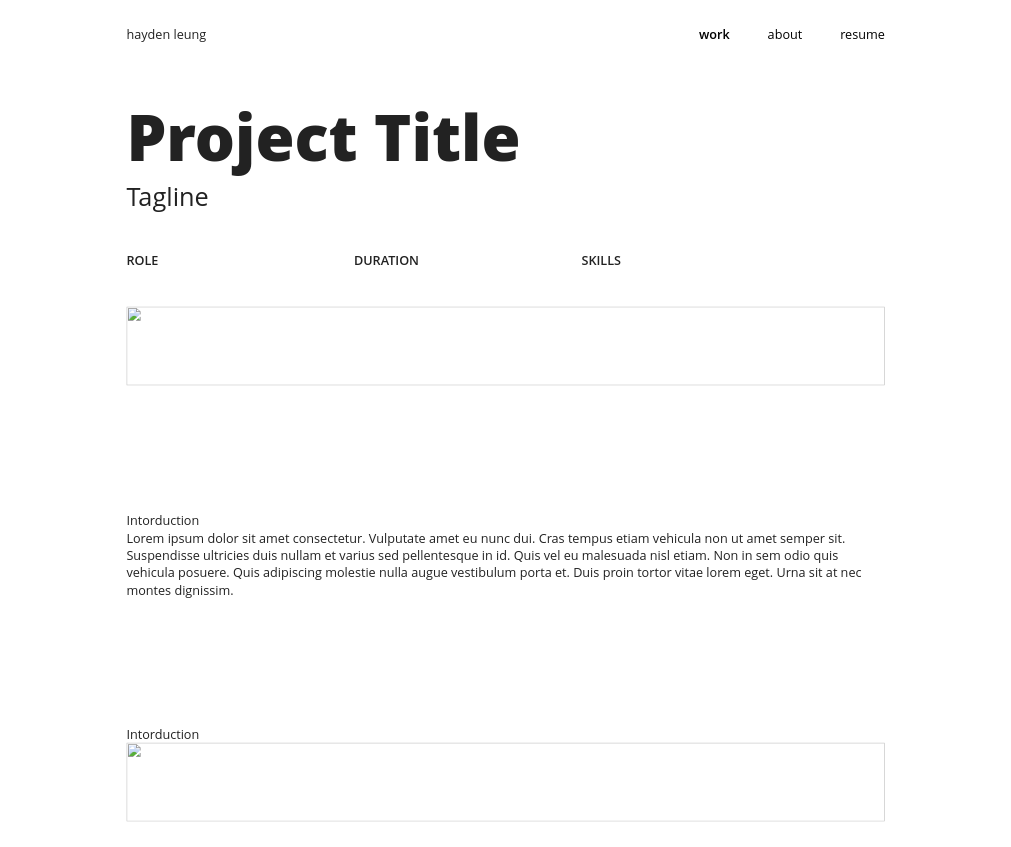
Repository: Haydenleung/Artifact
Page: /
The author's editor kept a copy of each file at every save. The page is drawn from the files as they stood at one save, then again after the next save.
The browser window is 1280 px wide. The pictures show the whole page, at 79% of full size.
The project was rebuilt for these pictures with package versions that can differ from the ones it lists, and the page was loaded fresh each time. The framework's server and built-in components were replaced by stand-ins that run in the browser. Also part of the build but not shown: next.config.mjs.

Above is the page before, as saved 2024-01-29 00:03:42.

### src/pages/index.tsx
import Image from "next/image";
import Navbar from "@/components/Navbar";
import CaseStudy from "@/components/CaseStudy";

export default function Home() {
  return (
    <main className={"page"}>
      <Navbar />
      <div className={"caseStudy"}>
        <CaseStudy />
      </div>
    </main>
  )
}

### src/styles/globals.css
/* ==========================================================================
    [Table of contents]

    1. BASE
        1.1 Page Rendering Defaults
        1.2 Core Styling
        1.3 Typography
    2. LAYOUT
        2.1 Core Layout
        2.2 Small only
        2.3 medium and up
        2.4 Medium only
        2.5 large screens and up
    3. UTILITY classes
    4. PRINT

    ========================================================================== */

/* ==========================================================================
   BASE
   ========================================================================== */

/* 1.1 Page Rendering Defaults */

html {
  color: #222;
  font-size: 1em;
}

::-moz-selection {
  background: #b3d4fc;
  text-shadow: none;
}

::selection {
  background: #b3d4fc;
  text-shadow: none;
}

audio,
canvas,
iframe,
i,
img,
svg,
video {
  vertical-align: middle;
}

fieldset {
  border: 0;
  margin: 0;
  padding: 0;
}

textarea {
  resize: vertical;
}

/* 1.2 Core Styling */

/* refer to https://css-tricks.com/box-sizing/ */

*,
*:before,
*:after {
  box-sizing: border-box;
}

img {
  width: 100%;
}

/* 1.3 Typgraphy */

@import url('https://fonts.googleapis.com/css2?family=Open+Sans:ital,wght@0,300;0,400;0,500;0,600;0,700;0,800;1,300;1,400;1,500;1,600;1,700;1,800&display=swap');

h1,
h2,
h3,
h4,
h5,
h6 {
  font-weight: 400;
  /* text-align: center; */
  margin: 0;
}

h1 {
  font-size: 60pt;
  font-weight: 200;
}

h2 {
  font-size: 16pt;
}

h4 {
  font-size: 9pt;
}

h5 {
  font-size: 8pt;
}

* {
  font-family: 'Open Sans', sans-serif;
}


/* ==========================================================================
 2. LAYOUT
 ========================================================================== */

/* Helper to display empty layout containers*/

div,
main,
section,
footer,
header {
  /* outline: 1px solid #ccc; */
}

body {
  padding: 0;
  margin: 0;
}

/* 2.1 Core layout */

.row {
  display: grid;
  row-gap: 1rem;
}

.col {
  position: relative;
}

.page {
  display: flex;
  flex-direction: column;
  justify-content: center;
  align-items: center;
}

.caseStudy {
  width: 100%;
  padding: 2rem 10rem;
}

/* Navbar */

/* 2.2 Small only */

@media screen and (max-width: 39.9375em) {}

/* 2.3 medium and up */

@media screen and (min-width: 40em) {}

/* 2.4 Medium only */

@media screen and (min-width: 40em) and (max-width: 63.9375em) {}

/* 2.5 large screens and up 2.6 Large only */

/* @media screen and (min-width: 64em) {

} */

### src/components/Navbar/index.tsx
import styles from './navbar.module.css'
import Image from 'next/image'
import Link from 'next/link'
import { useState } from 'react'

export default function Navbar() {

    const [isPage, setIsPage] = useState("Work");

    return (
        <div className={styles.container}>
            <div className={styles.logo}>hayden leung</div>
            <div className={styles.pages}>
                <Link href="/" className={isPage === "Work" ? styles.bold : styles.normal}>work</Link>
                <Link href="/" className={isPage === "about" ? styles.bold : styles.normal}>about</Link>
                <Link href="/" className={isPage === "resume" ? styles.bold : styles.normal}>resume</Link>
            </div>
        </div>
    )
}

### src/components/CaseStudy/index.tsx
import Image from "next/image"
import styles from './casestudy.module.css'

export default function CaseStudy() {
    return (
        <div className={styles.project}>
            <div className={styles.titleSection}>
                <h1 className={styles.projetTitle}>Project Title</h1>
                <h3 className={styles.projectTag}>Tagline</h3>
                <div className={styles.projectInfo}>
                    <div>ROLE</div>
                    <div>DURATION</div>
                    <div>SKILLS</div>
                </div>
                <Image src="/" alt="" width={100} height={100} />
            </div>
            <div className={styles.introduction}>
                <div className={styles.introTitle}>Intorduction</div>
                <div className={styles.introBody}>Lorem ipsum dolor sit amet consectetur. Vulputate amet eu nunc dui. Cras tempus etiam vehicula non ut amet semper sit. Suspendisse ultricies duis nullam et varius sed pellentesque in id. Quis vel eu malesuada nisl etiam. Non in sem odio quis vehicula posuere. Quis adipiscing molestie nulla augue vestibulum porta et. Duis proin tortor vitae lorem eget. Urna sit at nec montes dignissim.</div>
            </div>
            <div className={styles.process}>
                <div className={styles.processTitle}>Intorduction</div>
                <Image src="/" alt="" width={100} height={100} />
            </div>
        </div>
    )
}

### src/components/Navbar/navbar.module.css
.container {
    /* background-color: lightgrey; */
    padding: 0.5rem;
    width: 100%;
    padding: 2rem 10rem;
    display: flex;
    flex-direction: row;
    justify-content: space-between;
    position: sticky;
    min-height: 44px;
}

.logo {}

.pages {
    display: flex;
    flex-direction: row;
    gap: 3rem;
}

.bold {
    font-weight: 600;
    color: black;
    text-decoration: none;
}

.normal {
    color: black;
    text-decoration: none;
}

### src/components/CaseStudy/casestudy.module.css
.project {
    display: flex;
    flex-direction: column;
    gap: 10rem;
}

.projetTitle {
    font-weight: 800;
}

.projectTag {
    font-size: 24pt;
    font-weight: 400;
}

.projectInfo {
    display: flex;
    flex-direction: row;
    padding: 3rem 0;
}

.projectInfo>div {
    width: 30%;
    font-weight: 600;
}

Loaded but not shown: src/pages/_app.tsx (common file); src/pages/_document.tsx (common file)

After the next save:
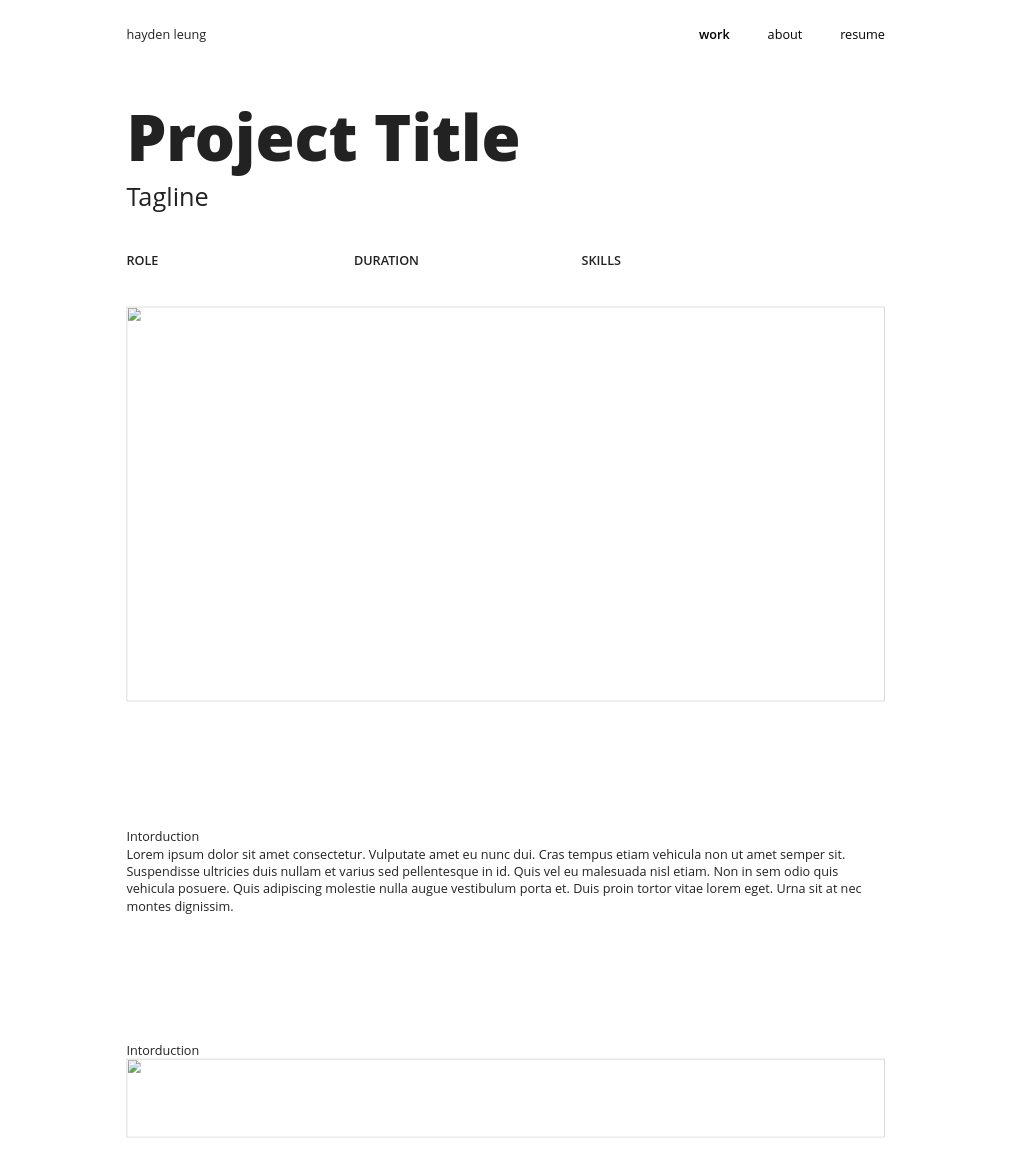
Saved 9 s later.
--- a/src/components/CaseStudy/index.tsx
+++ b/src/components/CaseStudy/index.tsx
@@ -12,7 +12,7 @@ export default function CaseStudy() {
                     <div>DURATION</div>
                     <div>SKILLS</div>
                 </div>
-                <Image src="/" alt="" width={100} height={100} />
+                <Image src="/" alt="" width={100} height={500} />
             </div>
             <div className={styles.introduction}>
                 <div className={styles.introTitle}>Intorduction</div>
